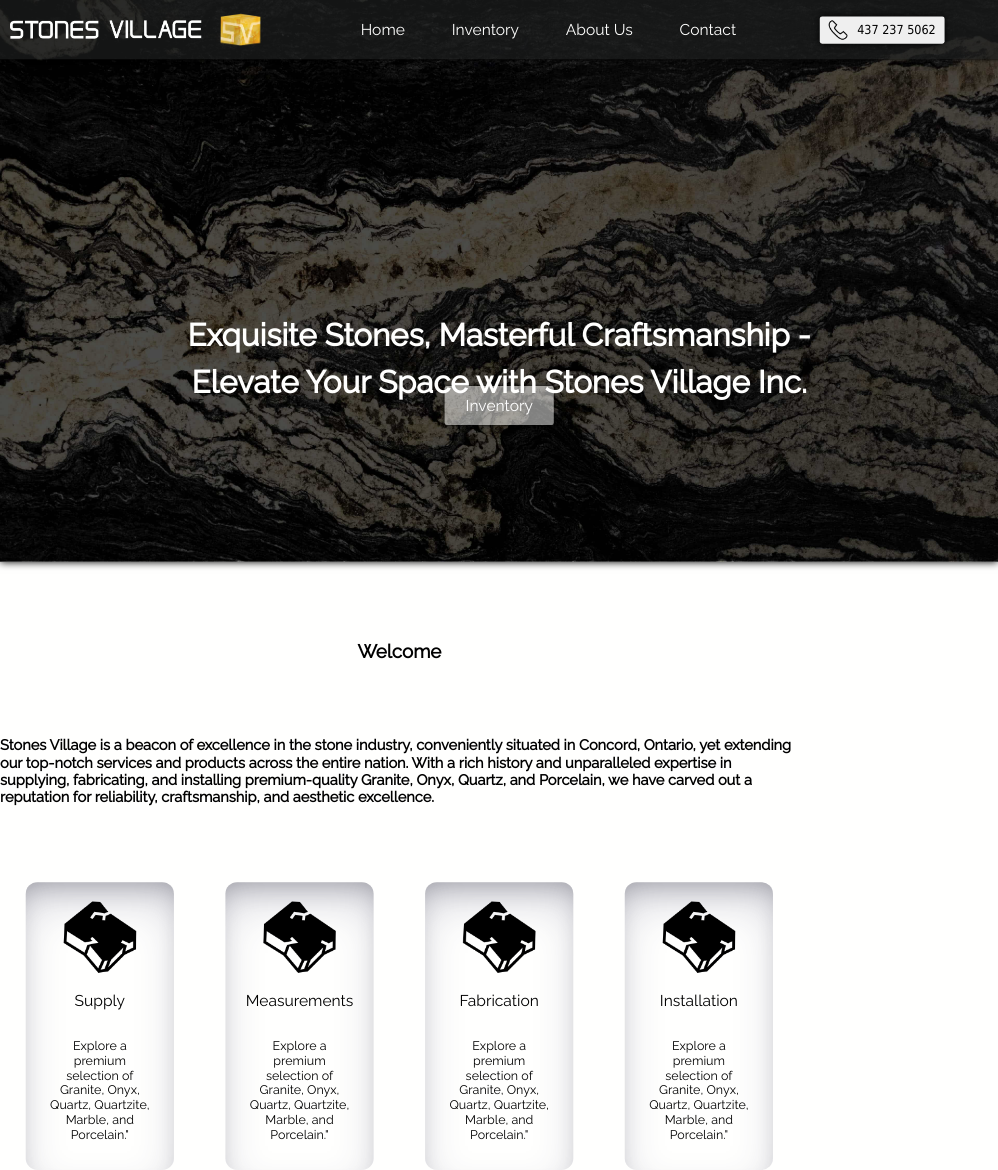
Repository: shayanabedi98/Stones-Village
Page: index.html
These files come from the project's save history. The page is drawn as it stood at one moment and after the next save; the edit follows.
The browser window is 1280 px wide. The pictures show the whole page, at 78% of full size.
Backgrounds fixed to the window are drawn as part of the page.

Above is the page before, as saved 2023-10-22 16:57:09.

### index.html
<!DOCTYPE html>
<html lang="en">
<head>
    <meta charset="UTF-8">
    <meta name="viewport" content="width=device-width, initial-scale=1.0">
    <title>Stones Village | Home</title>
    <link rel="preconnect" href="https://fonts.googleapis.com">
    <link rel="preconnect" href="https://fonts.gstatic.com" crossorigin>
    <link href="https://fonts.googleapis.com/css2?family=Raleway&display=swap" rel="stylesheet">
    <link rel="stylesheet" href="styles.css">
</head>
<body>
    <div class="navbar">
        <div class="logo">
            <img id="logo-name" src="./resources/sv-name.png" alt="Company name">
            <img id="logo-cube" src="./resources/sv-cube.png" alt="Company logo">
        </div>
        <div class="navbar-menu">
            <ul>
                <li><a href="./">Home</a></li>
                <li><a href="./inventory">Inventory</a></li>
                <li><a href="./about-us">About Us</a></li>
                <li><a href="./contact">Contact</a></li>
            </ul>
        </div>
        <div class="navbar-tel">
            <button><a href="tel:+14372375062">
                <img src="./resources/telephone-svgrepo-com.png" alt="Contact By Number">
                437 237 5062
            </a></button>
        </div>
    </div>
    <div class="grid-container">
        <div class="banner">
            <!-- Background Image -->
        </div>
        <div class="banner-overlay">
            <h1>Exquisite Stones, Masterful Craftsmanship - Elevate Your Space with Stones Village Inc.</h1>
            <button>Inventory</button>
        </div>
        <div class="services-container">
            <h2>Welcome</h2>
            <h3>Stones Village is a beacon of excellence in the stone industry, conveniently situated in Concord, Ontario, yet extending our top-notch services and products across the entire nation. With a rich history and unparalleled expertise in supplying, fabricating, and installing premium-quality Granite, Onyx, Quartz, and Porcelain, we have carved out a reputation for reliability, craftsmanship, and aesthetic excellence.</h3>
            <div class="card-container">
                <div class="card">
                    <img src="./resources/stone-tablet-svgrepo-com.png" alt="Icon of Stone Slab">
                    <div class="card-text">
                        <p class="card-name">Supply</p>
                        <p class="card-description">Explore a premium selection of Granite, Onyx, Quartz, Quartzite, Marble, and Porcelain."</p>
                    </div>
                </div>
                <div class="card">
                    <img src="./resources/stone-tablet-svgrepo-com.png" alt="Icon of Stone Slab">
                    <div class="card-text">
                        <p class="card-name">Measurements</p>
                        <p class="card-description">Explore a premium selection of Granite, Onyx, Quartz, Quartzite, Marble, and Porcelain."</p>
                    </div>
                </div>
                <div class="card">
                    <img src="./resources/stone-tablet-svgrepo-com.png" alt="Icon of Stone Slab">
                    <div class="card-text">
                        <p class="card-name">Fabrication</p>
                        <p class="card-description">Explore a premium selection of Granite, Onyx, Quartz, Quartzite, Marble, and Porcelain."</p>
                    </div>
                </div>
                <div class="card">
                    <img src="./resources/stone-tablet-svgrepo-com.png" alt="Icon of Stone Slab">
                    <div class="card-text">
                        <p class="card-name">Installation</p>
                        <p class="card-description">Explore a premium selection of Granite, Onyx, Quartz, Quartzite, Marble, and Porcelain."</p>
                    </div>
                </div>
            </div>

            <!-- Free Quotations
Stonica Group Inc. offers no-obligation, comprehensive quotes for all project sizes. Our experts provide a detailed cost estimate, ensuring transparency and no hidden charges.


Measurements
We use advanced tools for precise project measurements, considering the environment and potential challenges to ensure seamless integration of our fabrications into your space.


Fabrication
Our high-quality fabrication service is handled by a skilled team and cutting-edge facilities. We handle various materials and complexities, ensuring the finished product meets the highest industry standards.


Installation
Our trained professionals carry out careful and precise installations. We also perform comprehensive checks post-installation, ensuring a perfect fit and function. Your satisfaction is our ultimate goal. -->
        </div>
    </div>
    <script src="./index.js"></script>
</body>
</html>

### styles.css
body {
    background-color: #FFFFFE;
    color: #000000;
    font-family: 'Raleway', sans-serif;
    margin: 0;
    padding: 0;
}

.navbar {
    display: grid;
    grid-template-columns: 0.5fr 1fr 0.5fr;
    background-color: rgba(29, 31, 31, 0.7);
    box-shadow: 0 0 5px 0 rgb(0, 0, 0);
    padding: 10px;
    position: fixed;
    width: 100%;
    z-index: 1;
}

.logo {
    display: flex;
    align-items: center;
    justify-content: center;
}

#logo-cube {
    height: 42px;
    margin-left: 20px;
    cursor: pointer;
}

#logo-name {
    height: 28px;
    cursor: pointer;
}

.navbar-menu {
    display: grid;
    align-items: end;
}

.navbar-menu ul {
    display: flex;
    align-content: center;
    justify-content: center;
    list-style-type: none;
}

.navbar-menu a {
    text-decoration: none;
    color: #FFFFFE;
    font-size: 20px;
    margin-left: 60px;
}

.navbar-menu a:hover {
    color: #E0B739;
    transition: 0.3s;
    border-bottom: 8px solid #E0B739;
}

.navbar-menu a:not(:hover) {
    color: #FFFFFE;
    border-bottom: 0px;
    transition: 0.3s;
}

.navbar-tel {
    display: flex;
    justify-content: center;
    align-items: center;
}

.navbar-tel button {
    height: 35px;
    width: 160px;
    border: none;
    border-radius: 3px;
    box-shadow: 0 0 10px 0 rgb(0, 0, 0);
}

.navbar-tel img {
    height: 25px;
    margin-right: 12px;
}

.navbar-tel a {
    text-decoration: none;
    color: black;
    font-family: Tahoma, Verdana, sans-serif;
    font-size: 16px;
    display: flex;
    align-items: center;
    justify-content: center;
}

.banner {
    background-attachment: fixed;
    height: 100vh;
    background-size: 2100px;
    background-repeat: no-repeat;
    background-position: 0 -400px;
    transition: opacity 1s ease-in-out, background-size 0s, background-position 0s;
}

.banner-overlay {
    background-color: rgba(0, 0, 0, 0.7);
    box-shadow: 0 0 10px 0 black;
    display: grid;
    grid-template-rows: 0.8fr 1fr;
    justify-items: center;
    align-items: center;
    text-align: center;
    position: absolute;
    height: 100vh;
    width: 100%;
    top: 0;
}

.banner-overlay h1 {
    margin: 0;
    color: #FFFFFE;
    position: relative;
    font-size: 40px;
    top: 300px;
    width: 70%;
    line-height: 60px;
}

.banner-overlay button {
    font-family: 'Raleway', sans-serif;
    background-color: rgba(255, 255, 254, 0.5);
    color: white;
    border: none;
    border-radius: 3px;
    font-size: 20px;
    width: 140px;
    height: 50px;
    box-shadow: 0 0 2px 0 black;
    cursor: pointer;
}

.banner-overlay button:hover {
    box-shadow: 0 0 15px 0 black;
    background-color: rgb(224, 183, 57);
    transition: 0.3s;
}

.banner-overlay button:not(:hover) {
    box-shadow: 0 0 5px 0 black;
    transition: 0.3s;
}

.services-container {
    display: grid;
    grid-template-rows: 1fr 1fr;
    justify-items: center;
    margin-top: 80px;
    width: 80%;
}

.services-container h2, h3 {
    display: grid;
    justify-items: center;
}

.card-container {
    display: grid;
    width: 100%;
    grid-template-columns: repeat(4, 1fr);
    justify-items: center;
    margin-top: 80px;
}

.card {
    width: 70%;
    display: grid;
    justify-items: center;
    border-radius: 15px;
    box-shadow: rgba(50, 50, 93, 0.25) 0px 30px 60px -12px inset, rgba(0, 0, 0, 0.3) 0px 18px 36px -18px inset;
    padding: 20px 5px;
}

.card img {
    height: 100px;
}

.card-text {
    display: grid;
    text-align: center;
    justify-items: center;
}

.card-name {
    font-size: 20px;
}

.card-description {
    width: 75%;
}

### index.js
const banner = document.querySelector('.banner');
const bannerImg = ['./resources/aaron-huber-G7sE2S4Lab4-unsplash.jpg', './resources/black-marble-texture2-min2.jpg', './resources/engin-akyurt-m555vEfryhE-unsplash.jpg', './resources/marble-2398956_1920.jpg'];
let bannerImgIndex = 0;
const logoName = document.querySelector('#logo-name');
const logoCube = document.querySelector('#logo-cube');
const navbar = document.querySelector('.navbar');

logoCube.addEventListener('click', () => {
    window.location.replace('./')
})

logoCube.addEventListener('mouseover', () => {
    navbar.style.backgroundColor = 'rgba(224, 183, 57,0.3)'
    navbar.style.transition = '4s'
})

logoCube.addEventListener('mouseout', () => {
    navbar.style.backgroundColor = 'rgba(29, 31, 31, 0.7)'
    navbar.style.transition = '2s'
})

logoName.addEventListener('click', () => {
    window.location.replace('./')
})

logoName.addEventListener('mouseover', () => {
    navbar.style.backgroundColor = 'rgba(224, 183, 57,0.3)'
    navbar.style.transition = '4s'
})

logoName.addEventListener('mouseout', () => {
    navbar.style.backgroundColor = 'rgba(29, 31, 31, 0.7)'
    navbar.style.transition = '2s'
})

const bannerImgChanger = () => {
    banner.style.opacity = '0'
    bannerImgIndex = (bannerImgIndex + 1) % bannerImg.length;
    banner.style.background = `url(${bannerImg[bannerImgIndex]})`;

    if (bannerImgIndex === 0) {
        banner.style.backgroundSize = '2100px';
        banner.style.backgroundPosition = '0 -400px'
        banner.style.backgroundAttachment = 'fixed';
        banner.style.opacity = '1'
        banner.style.transition = 'opacity 1s ease-in, background-size 0s, background-position 0s;';
        setTimeout(() => {
            banner.style.opacity = '0'
        }, 7000)

    } else if (bannerImgIndex === 1) {
        banner.style.backgroundSize = '2000px';
        banner.style.backgroundAttachment = 'fixed';
        banner.style.opacity = '1'
        banner.style.transition = 'opacity 1s ease-in, background-size 0s, background-position 0s;';
        setTimeout(() => {
            banner.style.opacity = '0'
        }, 7000)

    } else if (bannerImgIndex === 2) {
        banner.style.backgroundAttachment = 'fixed';
        banner.style.opacity = '1'
        banner.style.transition = 'opacity 1s ease-in, background-size 0s, background-position 0s;';
        setTimeout(() => {
            banner.style.opacity = '0'
        }, 7000)
    } else if (bannerImgIndex === 3) {
        banner.style.backgroundAttachment = 'fixed';
        banner.style.opacity = '1'
        banner.style.transition = 'opacity 1s ease-in, background-size 0s, background-position 0s;';
        setTimeout(() => {
            banner.style.opacity = '0'
        }, 7000)
    }
};

bannerImgChanger();

setInterval(bannerImgChanger, 8000)

After the next save:
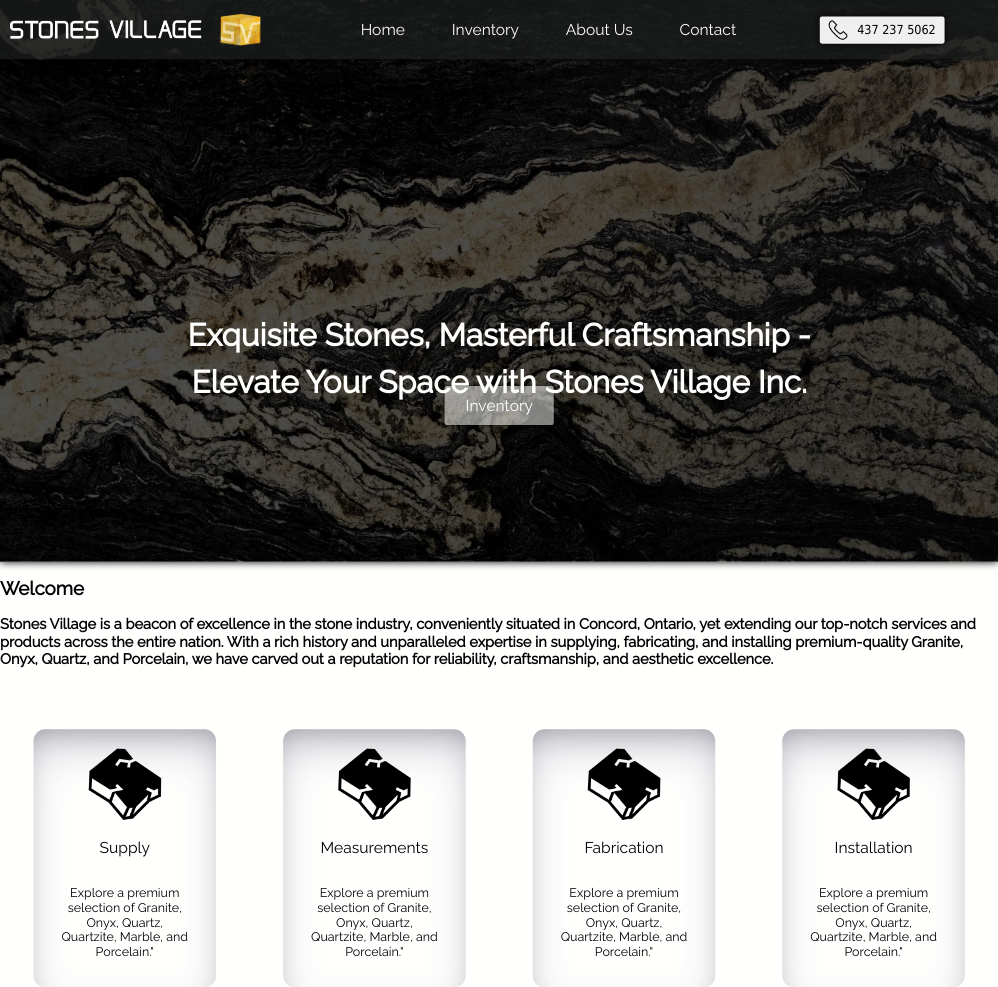
Saved 12 s later.
--- a/index.html
+++ b/index.html
@@ -38,7 +38,6 @@
             <h1>Exquisite Stones, Masterful Craftsmanship - Elevate Your Space with Stones Village Inc.</h1>
             <button>Inventory</button>
         </div>
-        <div class="services-container">
             <h2>Welcome</h2>
             <h3>Stones Village is a beacon of excellence in the stone industry, conveniently situated in Concord, Ontario, yet extending our top-notch services and products across the entire nation. With a rich history and unparalleled expertise in supplying, fabricating, and installing premium-quality Granite, Onyx, Quartz, and Porcelain, we have carved out a reputation for reliability, craftsmanship, and aesthetic excellence.</h3>
             <div class="card-container">

After the save that followed:
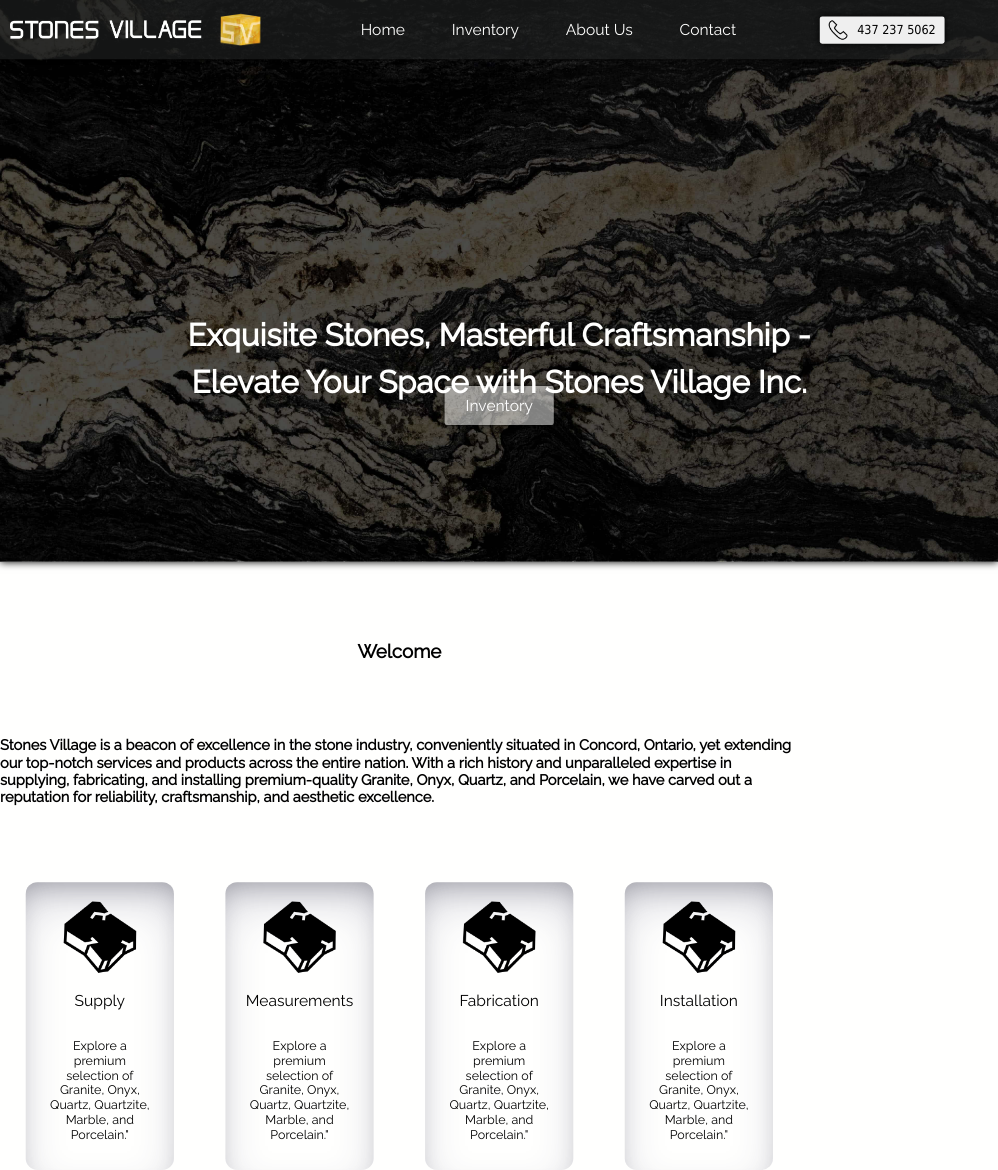
Saved 19 s later.
--- a/index.html
+++ b/index.html
@@ -38,6 +38,7 @@
             <h1>Exquisite Stones, Masterful Craftsmanship - Elevate Your Space with Stones Village Inc.</h1>
             <button>Inventory</button>
         </div>
+        <div class="services-container">
             <h2>Welcome</h2>
             <h3>Stones Village is a beacon of excellence in the stone industry, conveniently situated in Concord, Ontario, yet extending our top-notch services and products across the entire nation. With a rich history and unparalleled expertise in supplying, fabricating, and installing premium-quality Granite, Onyx, Quartz, and Porcelain, we have carved out a reputation for reliability, craftsmanship, and aesthetic excellence.</h3>
             <div class="card-container">
